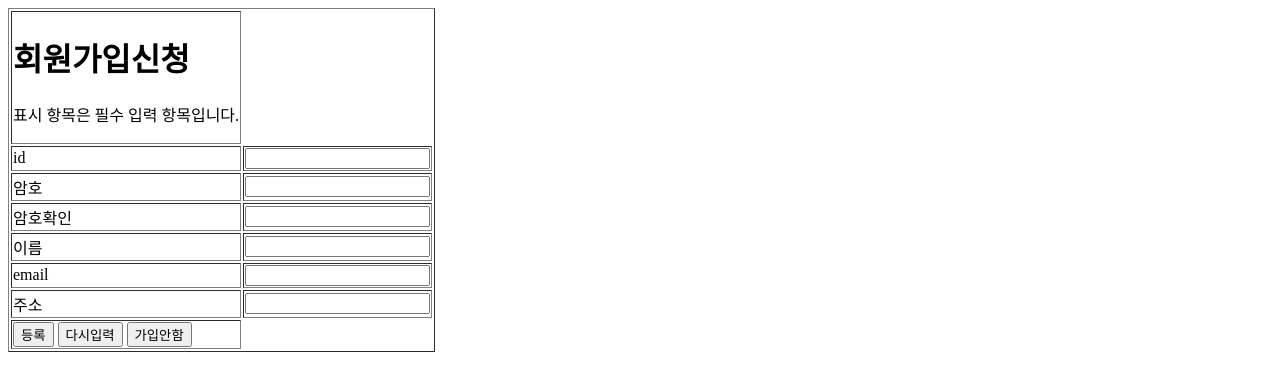
Repository: lch901/webStudy
Page: http://localhost/beanPro/register.jsp
An editor plug-in stored every save of this project. The page is shown before and after the next save, followed by the edit.
The browser window is 1280 px wide. The pictures show the whole page.
The page is served by Tomcat 9.

Above is the page before, as saved 2020-08-25 00:44:26.

After the next save:
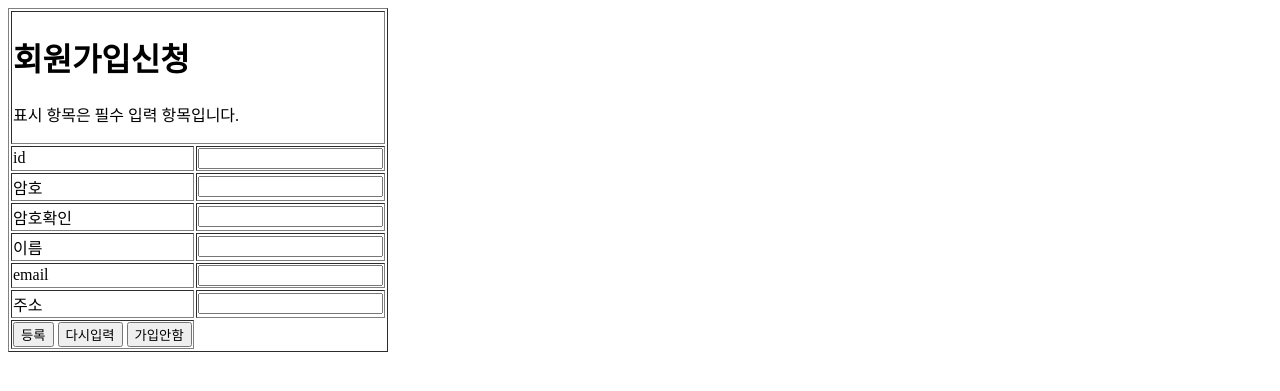
Saved 10 s later.
--- a/beanPro/WebContent/register.jsp
+++ b/beanPro/WebContent/register.jsp
@@ -9,8 +9,8 @@
 <body>
 	<form action="resigerOk.jsp" method="get">
 		<table border="1">
-			<tr="2">
-				<td><h1>회원가입신청</h1><p>표시 항목은 필수 입력 항목입니다.</p></td>
+			<tr>
+				<td colspan="2"><h1>회원가입신청</h1><p>표시 항목은 필수 입력 항목입니다.</p></td>
 			</tr>
 			<tr><td>id</td><td><input type="text" name="mem_uid"></td></tr>
 			<tr><td>암호</td><td><input type="text" name="mem_pwd"></td></tr>
